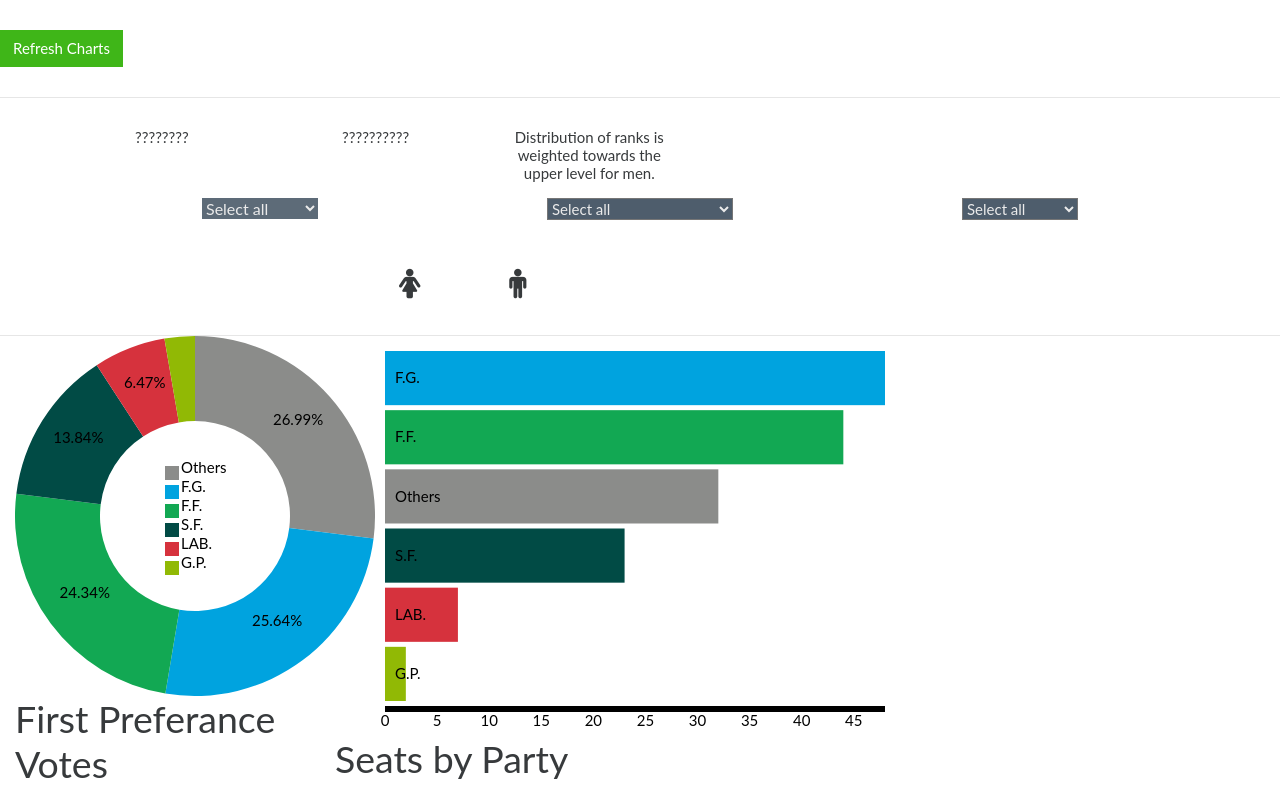
Repository: pauldardis/project-2-test
Page: index.html
The author's editor kept a record of every edit. The page is drawn from the files as they stood at one moment, then again after the next edit.
The browser window is 1280 px wide. The pictures show the whole page.

Above is the page before.
Console error: TypeError: Cannot read properties of null (reading 'textContent')

After the next edit:
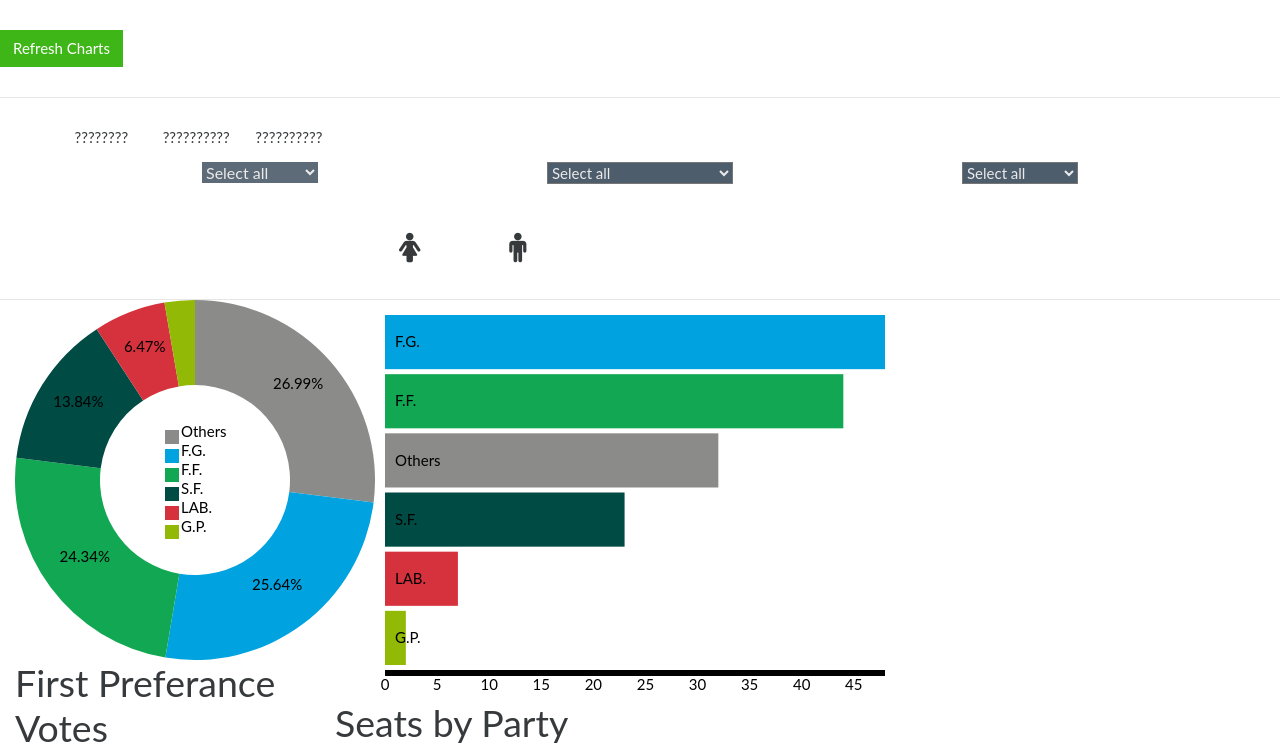
The edit:
--- a/index.html
+++ b/index.html
@@ -43,7 +43,7 @@
                         <p class="section-paragraph">??????????</p>
                     </div>
                     <div class="col-xs-12 col-sm-4 text-center">
-                        <p class="section-paragraph">Distribution of ranks is weighted towards the upper level for men.</p>
+                        <p class="section-paragraph">??????????</p>
                     </div>
                 </div>
                 <div class="container">
